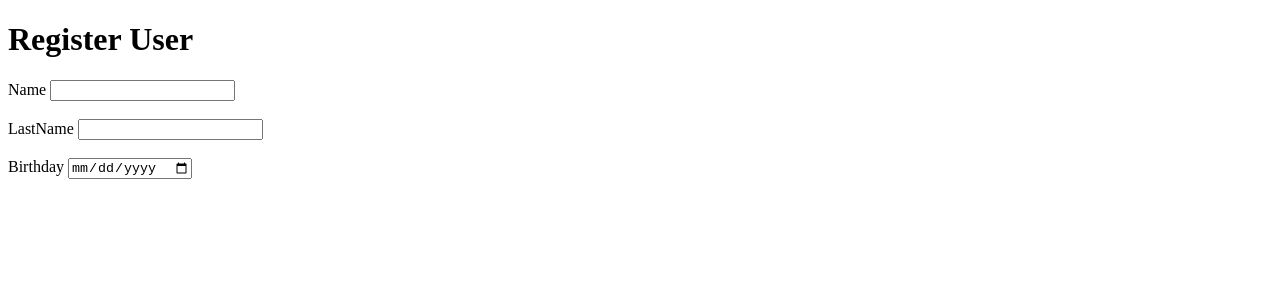
Repository: Grupo6-github/app-cym-repo
Page: TEMPLATE/register.html
The author's editor kept a record of every edit. The page is drawn from the files as they stood at one moment, then again after the next edit.
The browser window is 1280 px wide. The pictures show the whole page.

Above is the page before.

After the next edit:
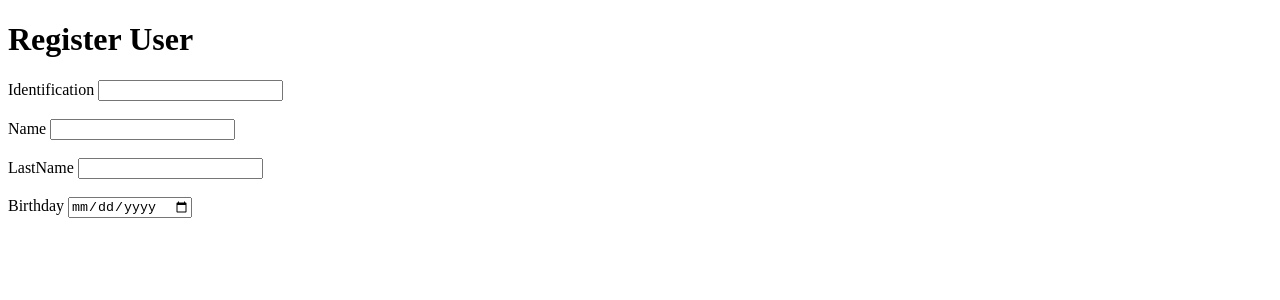
The edit:
--- a/TEMPLATE/register.html
+++ b/TEMPLATE/register.html
@@ -8,6 +8,7 @@
     <body>
         <h1>Register User</h1>
         <form>
+            <label >Identification</label> <input type="number"/><br> <br>
             <label >Name</label> <input type="text"/><br> <br>
             <label >LastName</label> <input type="text"/><br> <br>
             <label >Birthday</label> <input type="date"/><br> <br>
